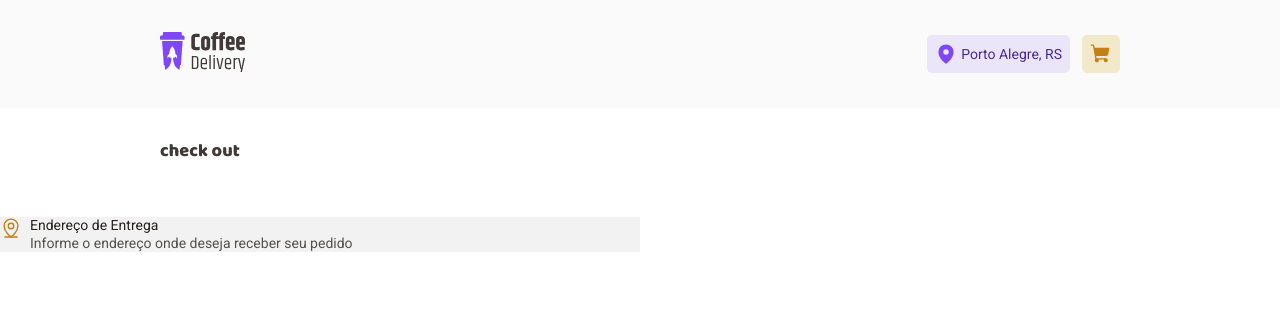
Repository: caueenrico/CoffeDelivery
Page: /checkout
The author's editor kept a copy of each file at every save. The page is drawn from the files as they stood at one save, then again after a run of saves.
The browser window is 1280 px wide. The pictures show the whole page.
The project was rebuilt for these pictures with package versions that can differ from the ones it lists, and the page was loaded fresh each time. Also part of the build but not shown: vite.config.ts, src/components/CoffesOptions/styled.ts, src/components/CoffeCards/styles.ts, src/components/IpuntNumber/styles.ts, src/components/IpuntNumber/index.tsx, src/components/CartOfCard/styles.ts, src/components/CartOfCard/index.tsx, src/utils/formatMoney.ts and 4 more.

Above is the page before, as saved 2022-09-22 14:59:33.

After the next 5 saves:
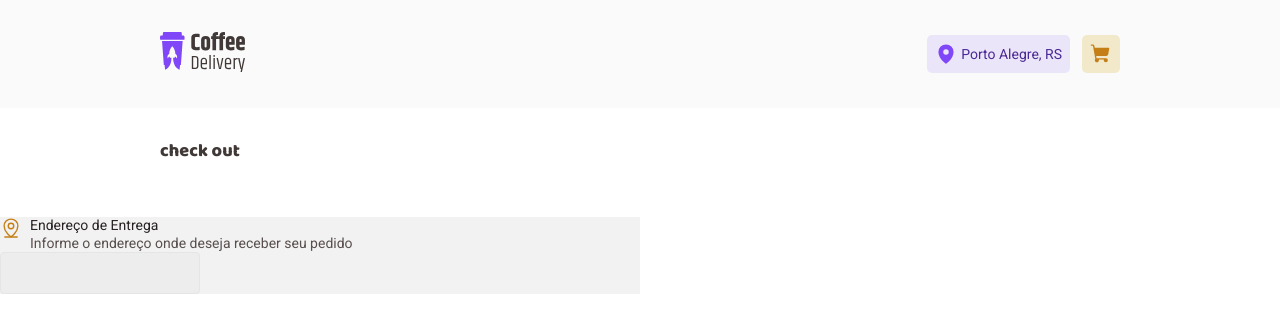
The 5 saves are shown as one change because 1 did not build or start and some came seconds apart.
The last was saved 53 s later.
--- a/src/pages/CheckOut/AddresForm.tsx
+++ b/src/pages/CheckOut/AddresForm.tsx
@@ -1,3 +1,4 @@
+import { InputForm } from "../../components/InpuitForm";
 import { AddressFormContainer } from "./styles";
 
 
@@ -5,7 +6,7 @@ import { AddressFormContainer } from "./styles";
 export function AddressForm(){
   return(
     <AddressFormContainer>
-
+      <InputForm />
     </AddressFormContainer>
   )
 }
